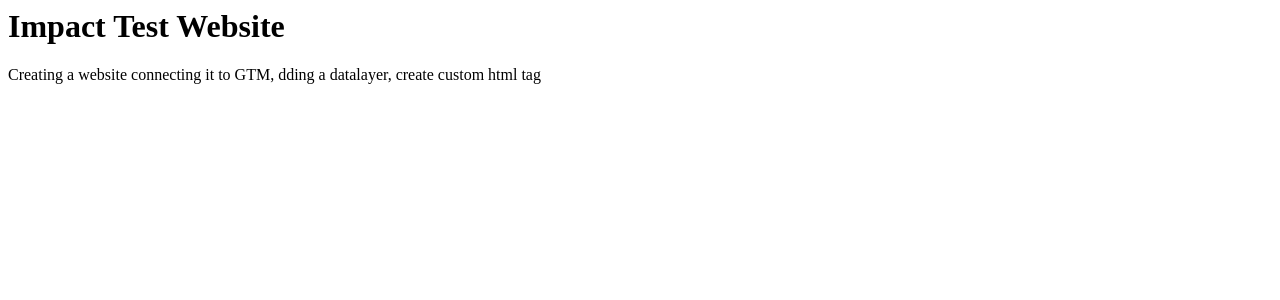
Repository: merin923/ImpactTestWebsite
Page: index.html
An editor plug-in stored every save of this project. The page is shown before and after the next save, followed by the edit.
The browser window is 1280 px wide. The pictures show the whole page.

Above is the page before, as saved 2022-02-25 20:36:24.

After the next save:
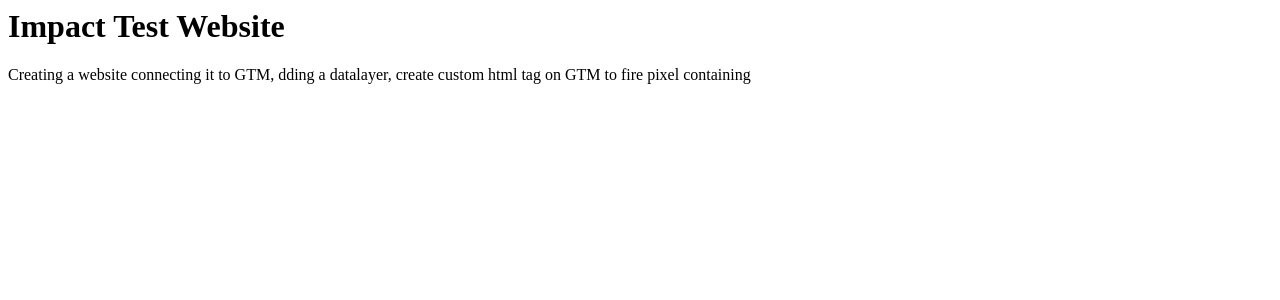
Saved 9 s later.
--- a/index.html
+++ b/index.html
@@ -16,6 +16,6 @@
 </head>
 <body>
     <h1>Impact Test Website</h1>
-    <p>Creating a website connecting it to GTM, dding a datalayer, create custom html tag </p>
+    <p>Creating a website connecting it to GTM, dding a datalayer, create custom html tag on GTM to fire pixel containing </p>
 </body>
 </html>
